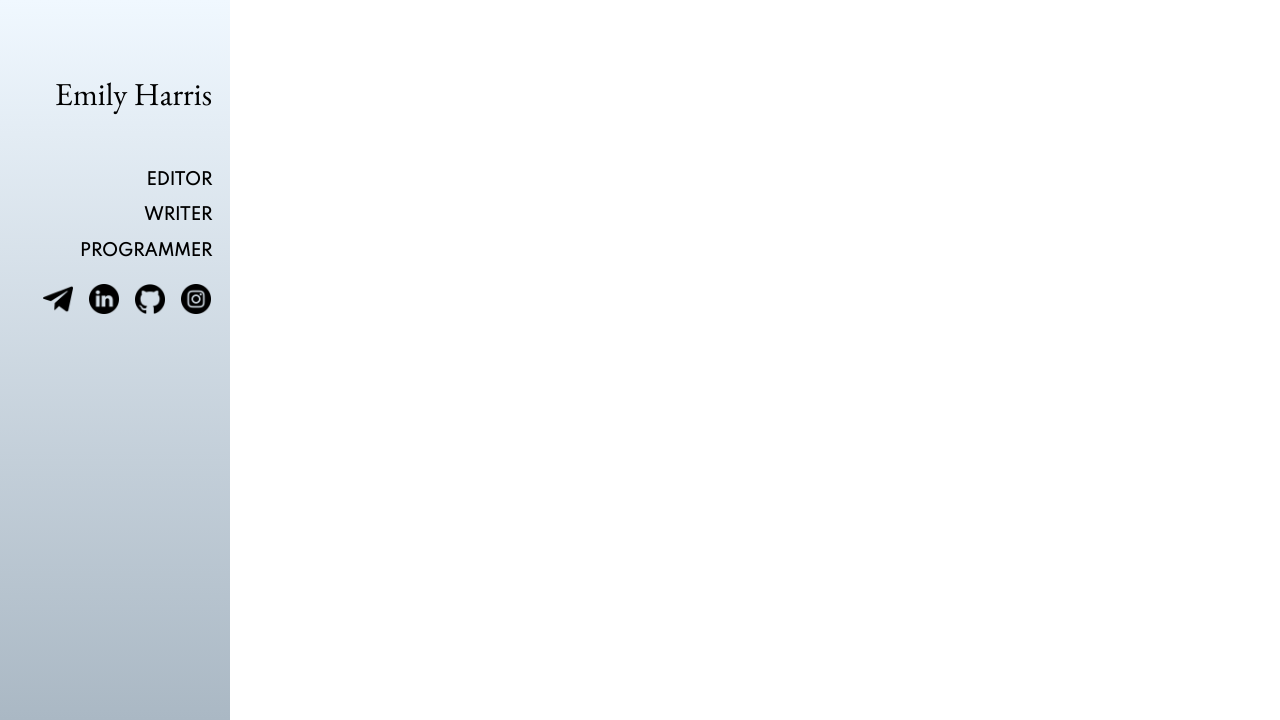
Repository: emnharris/FreeCodeCampChallenges
Page: responsive-web-design/portfolio/portfolio.html
These files come from the project's save history. The page is drawn as it stood at one moment and after the next save; the edit follows.
The browser window is 1280 px wide. The pictures show the whole page.
Some web fonts or font styles are not loaded; a fallback is used.

Above is the page before, as saved 2020-04-24 11:21:12.

### responsive-web-design/portfolio/portfolio.html
<!DOCTYPE html>
<html>
    <head>
        <!-- import fonts -->
        <link href="https://fonts.googleapis.com/css?family=Amiri|EB+Garamond|Spartan:100,400&display=swap" rel="stylesheet">

        <!-- import stylesheet -->
        <link rel="stylesheet" type="text/css" href="portfolio.css">

        <!-- mobile text sizing -->
        <meta name="viewport" content="width=device-width, initial-scale=1.0, maximum-scale=1.0, user-scalable=no"/>

        <!--favicon-->
        <link rel="shortcut icon" href="bookshelf.ico" />
    </head>
    <body>
        <title>
            Emily Harris | Portfolio
        </title>
        <header>
            <section id="sidebar">
                <!-- <img class="profile" src="https://i.ibb.co/fMdVrV9/Air-Brush-20191130152150.jpg"> -->
                <!-- <span class="center">
                    <img class="icon" src="http://icons.iconarchive.com/icons/dtafalonso/android-lollipop/256/Gmail-icon.png">
                    <img class="icon" src="http://icons.iconarchive.com/icons/papirus-team/papirus-apps/256/github-icon.png">
                    <img class="icon" src="http://icons.iconarchive.com/icons/limav/flat-gradient-social/256/Linkedin-icon.png">
                </span> -->

                <h1>Emily Harris</h1>

                <h2>Editor</h2>
                <h2>Writer</h2>
                <h2>Programmer</h2>

                <div class="icons">
                    <a id="email" href="mailto:emily.n.harris@gmail.com" target="_blank"><img class="icon" src="telegram.png"></a>
                    <a id="linkedin" href="https://www.linkedin.com/in/emily-harris-4b4b37174/" target="_blank"><img class="icon" src="linkedin.png"></a>
                    <a id="github" href="https://github.com/emnharris" target="_blank"><img class="icon" src="github-logo.png"></a>
                    <a href="" target="_blank"><img class="icon" src="instagram.png"></a>
                </div>

            </section>


        </header>
        <main>

        </main>
        <footer>

        </footer>
    </body>
</html>

### responsive-web-design/portfolio/portfolio.css
#sidebar {
    height: 100%;
    width: 18%;
    position: fixed;
    top: 0;
    left: 0;
    background: linear-gradient(180deg, #f0f8ff, #aab8c4);
    /* border-right: 2px solid #aab8c4; */
    /* background: #121212; */
}
h1 {
    font-family: 'EB Garamond', serif;
    text-align: right;
    font-size: 2em;
    font-weight: 200;
    line-height: 3em;
    color: black;
    padding-right: 8%;
    margin-top: 20%;
}
h2 {
    font-family: 'Spartan', sans-serif;
    text-transform: uppercase;
    text-align: right;
    font-size: 1em;
    line-height: 1.4em;
    padding-right: 8%;
}
.profile {
    border-radius: 50%;
    width: 160px;
    padding: 60px 0px;
    display: block;
    margin-left: auto;
    margin-right: auto;
}
.center {
    display: block;
    margin-left: auto;
    margin-right: auto;
    width: 100%;
}
body {
    margin: 0px;
    /* background-image: url("https://images.unsplash.com/photo-1551446339-ead5c2425f81?ixlib=rb-1.2.1&ixid=eyJhcHBfaWQiOjEyMDd9&auto=format&fit=crop&w=1934&q=80"); */
    background-size: cover;
}
.icon {
    width: 30px;
    padding: .5em;
}
.icon:hover {
    opacity: 0.5;
}
.icons {
    /* position: fixed;
    bottom: 0;
    left: 0;
    padding: 20px; */
    display: flex;
    flex-direction: row;
    flex-wrap: wrap;
    justify-content: flex-end;
    padding-right: 5%;
}

After the next save:
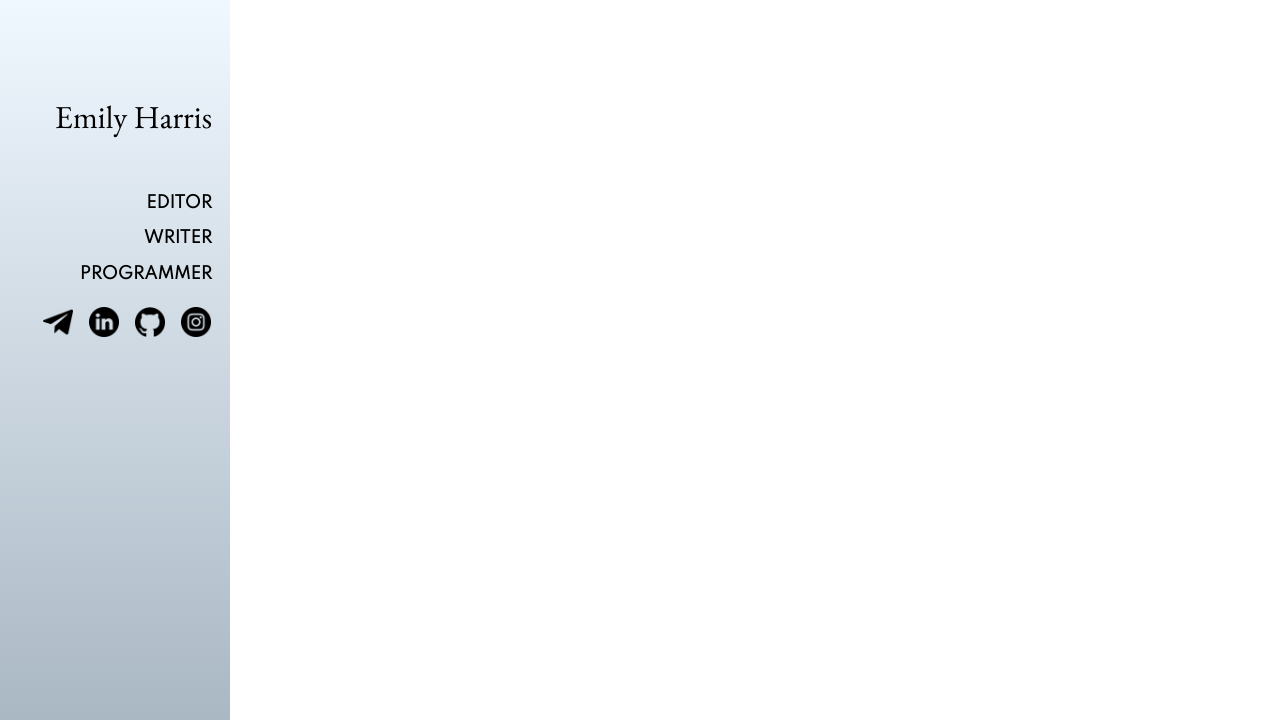
Saved 14 s later.
--- a/responsive-web-design/portfolio/portfolio.css
+++ b/responsive-web-design/portfolio/portfolio.css
@@ -16,7 +16,7 @@ h1 {
     line-height: 3em;
     color: black;
     padding-right: 8%;
-    margin-top: 20%;
+    margin-top: 30%;
 }
 h2 {
     font-family: 'Spartan', sans-serif;
